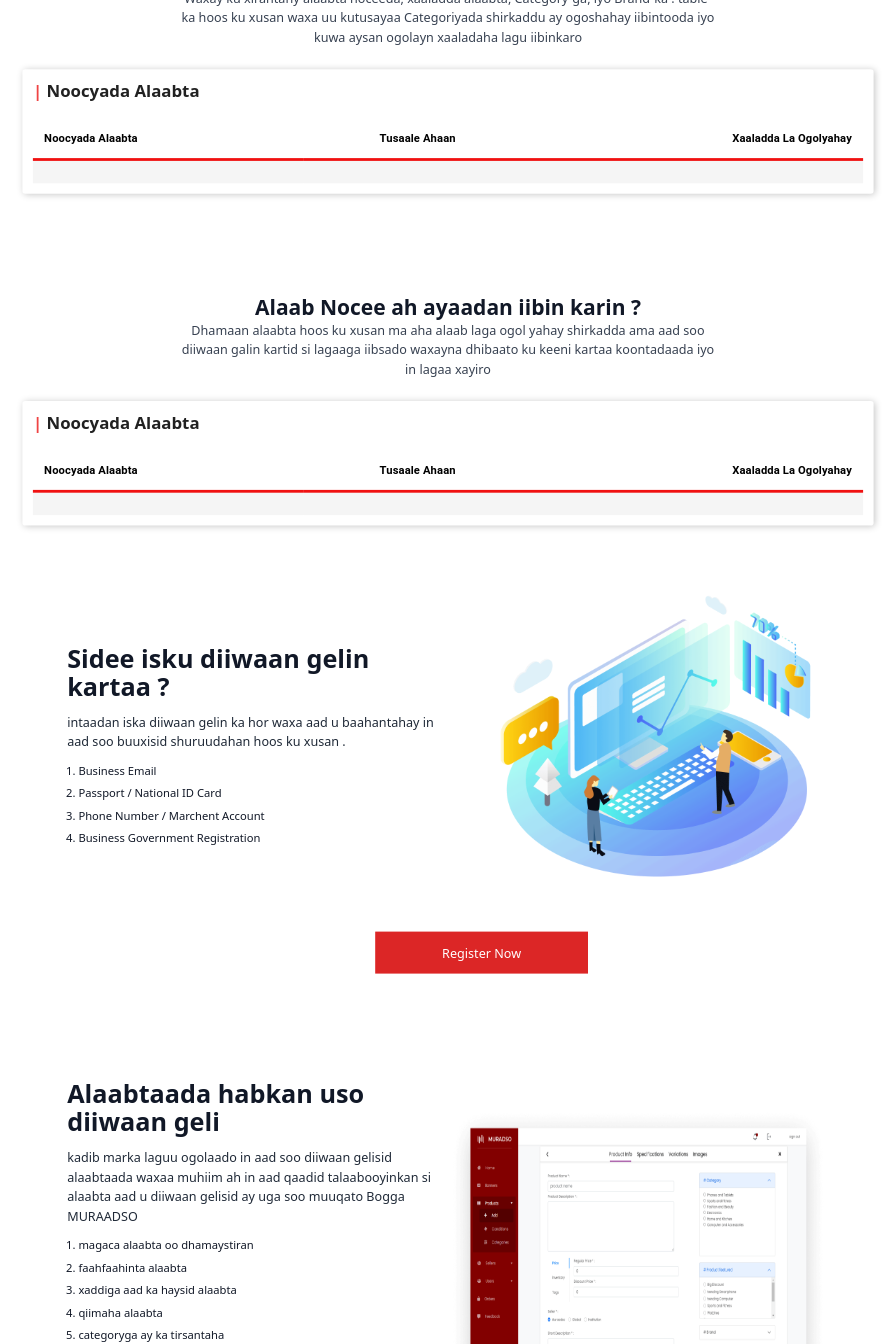
Repository: muraadso/Muraadso-Sellers
Page: /
The author's editor kept a copy of each file at every save. The page is drawn from the files as they stood at one save, then again after the next save.
The browser window is 1280 px wide. The pictures show the part of the page from y = 2337 to 4257 px (the page is 7038 px tall before and 7084 px after), at 70% of full size.
The project was rebuilt for these pictures with package versions that can differ from the ones it lists, and the page was loaded fresh each time. The framework's server and built-in components were replaced by stand-ins that run in the browser. Also part of the build but not shown: next.config.js.

Above is the page before, as saved 2021-12-11 11:09:01.

After the next save:
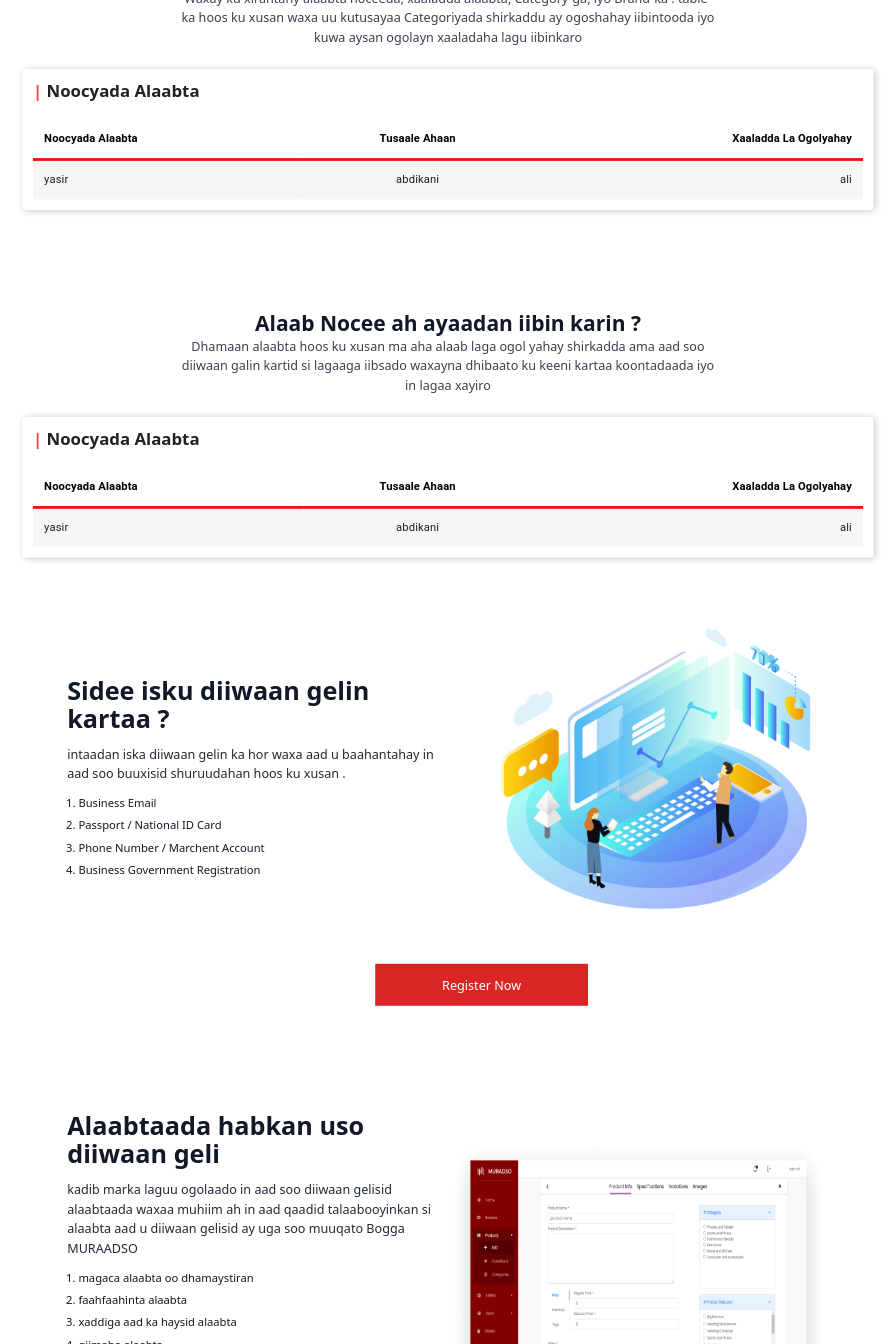
Saved 26 s later.
--- a/components/Whatsell.jsx
+++ b/components/Whatsell.jsx
@@ -44,8 +44,7 @@ function createData(noocaAlaabta, tusaale, xaaladda) {
 }
 
 const rows = [
-  createData
-
+  createData('yasir', "abdikani", 'ali')
 
 ];
 
